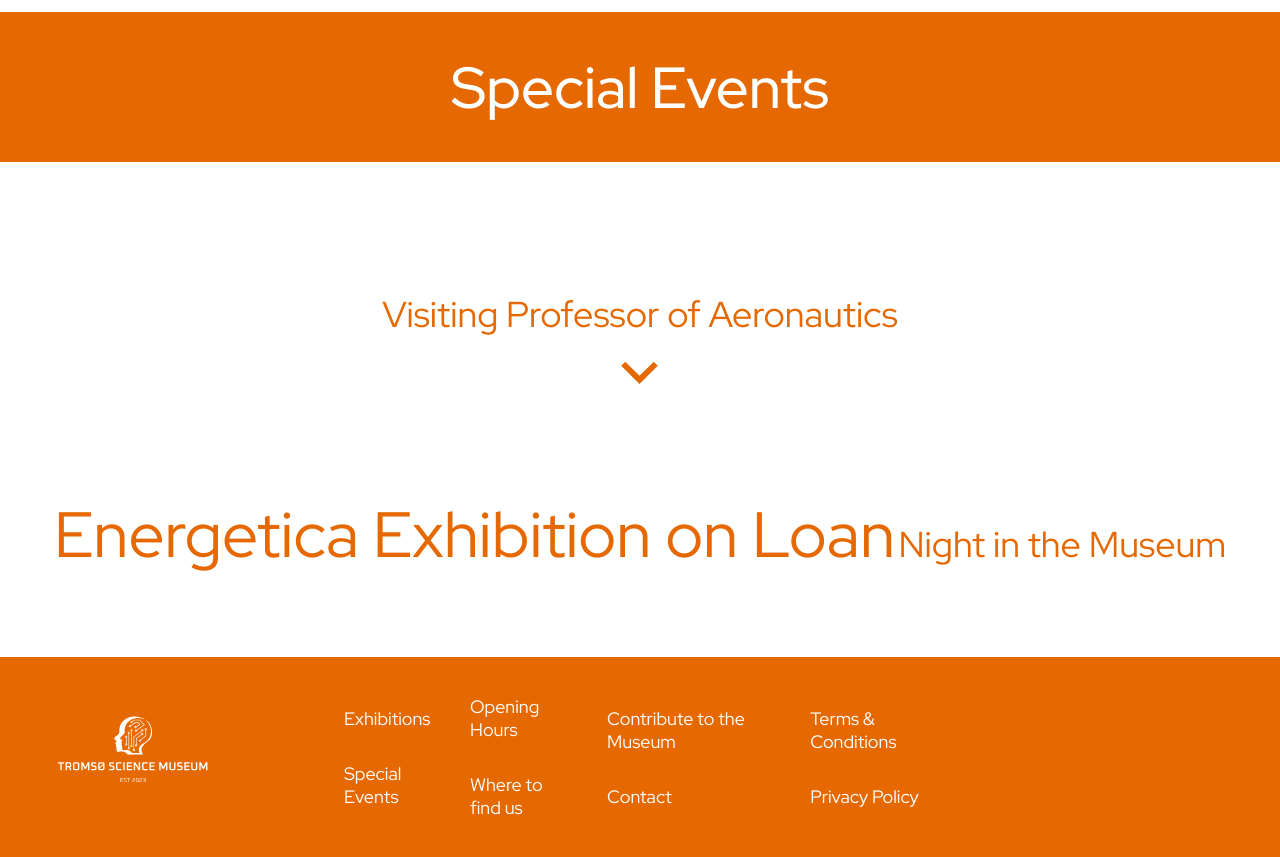
Repository: benjaminskarding/Semester-Project
Page: index.html
The author's editor kept a copy of each file at every save. The page is drawn from the files as they stood at one save, then again after the next save.
The browser window is 1280 px wide. The pictures show the part of the page from y = 5117 to 6028 px (the page is 5974 px tall before and 6028 px after).
A picture or video elsewhere on the page could not be fetched, so the positions and the page height are approximate.

Above is the page before, as saved 2023-12-04 12:32:34.

After the next save:
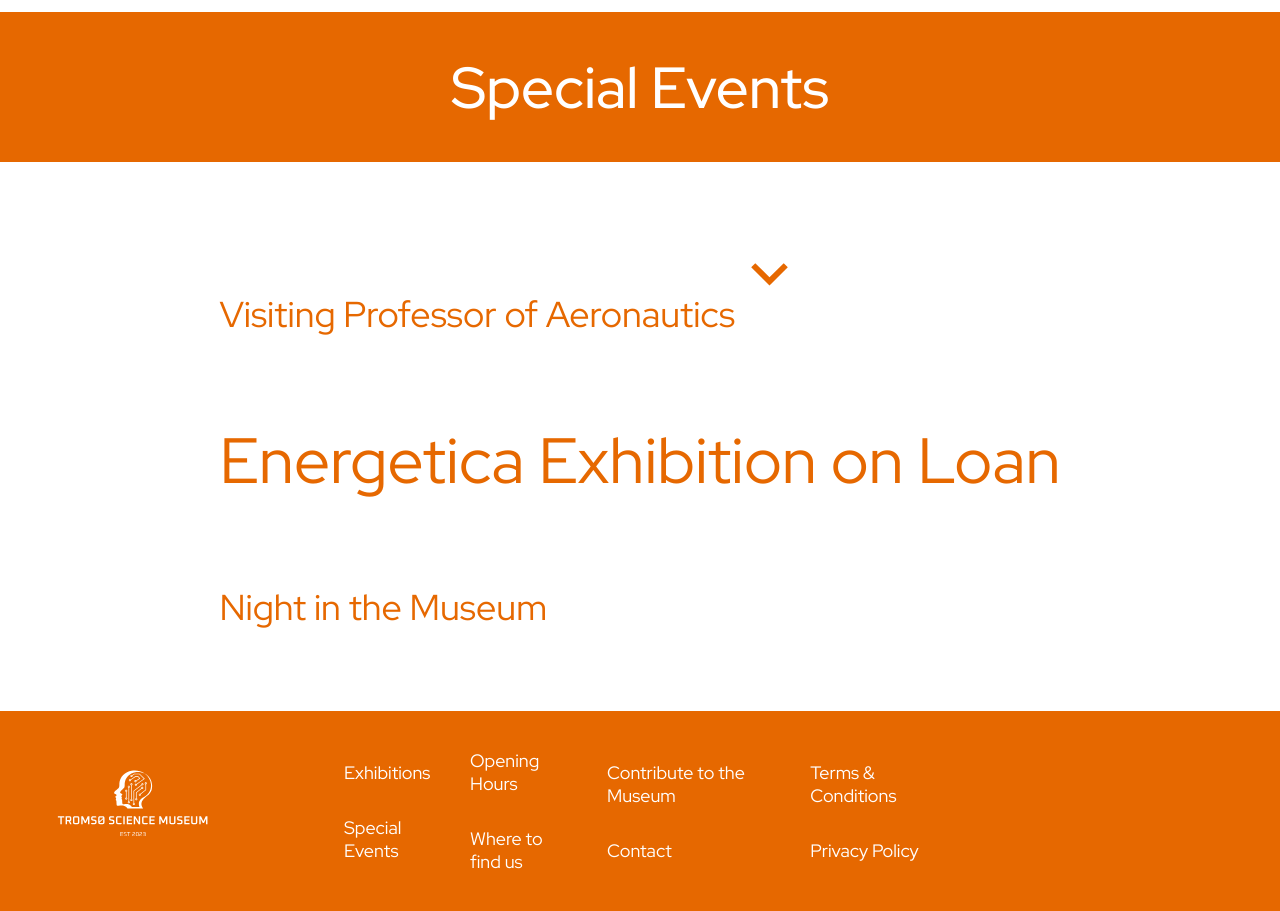
Saved 15 s later.
--- a/src/css/index.css
+++ b/src/css/index.css
@@ -378,5 +378,5 @@ h4 {
 }
 
 .specSection {
-    display: inline-block;
-}
+    display: flex;
+}
